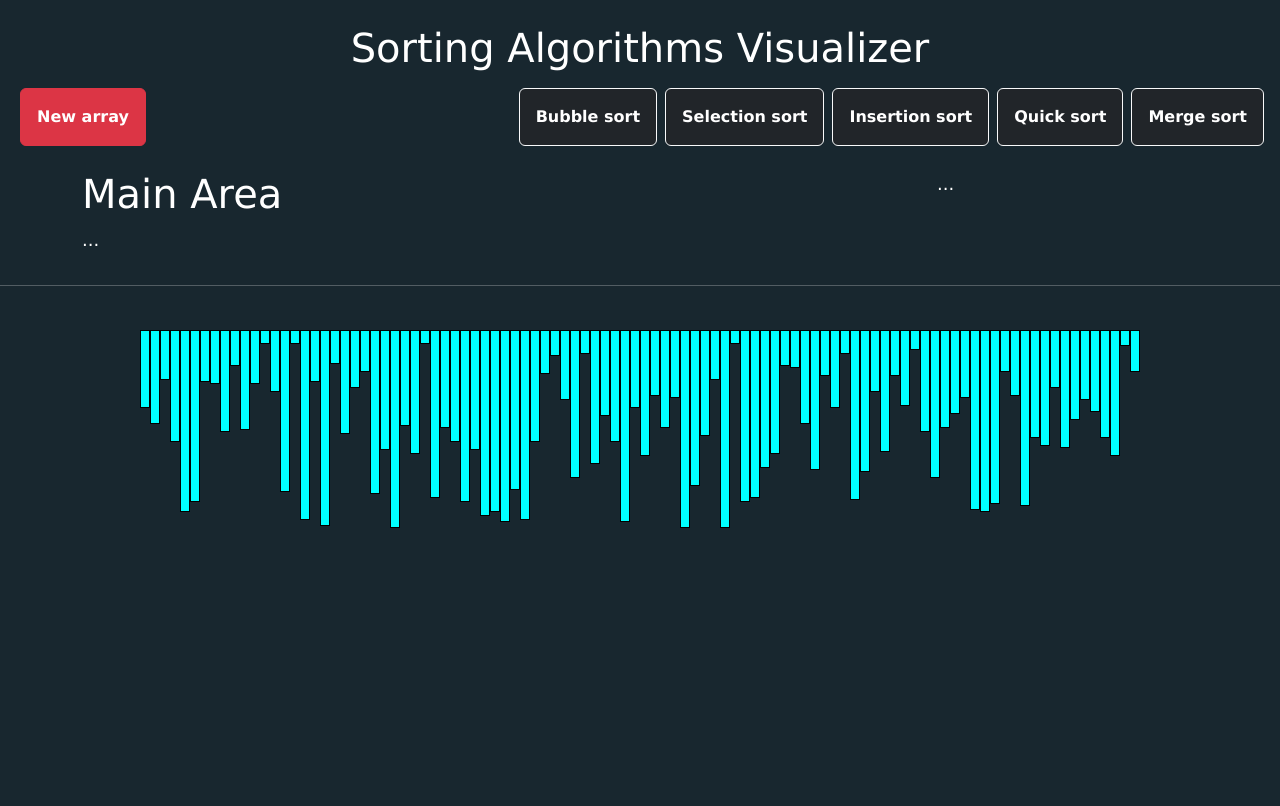
Repository: Vasil1001/Sorting-Algorithms-Visualizer-js
Page: views/index.html
These files come from the project's save history. The page is drawn as it stood at one moment and after a run of saves; the edit follows.
The browser window is 1280 px wide. The pictures show the whole page.

Above is the page before, as saved 2022-11-03 17:45:49.

### views/index.html
<!doctype html>
<html lang="en">

<head>
  <meta charset="utf-8">
  <meta name="viewport" content="width=device-width, initial-scale=1">

  <title>Sorting Algorithms Visualizer</title>

  <!-- Import css & bootstrap-->
  <link href="https://cdn.jsdelivr.net/npm/bootstrap@5.2.2/dist/css/bootstrap.min.css" rel="stylesheet"
    integrity="sha384-Zenh87qX5JnK2Jl0vWa8Ck2rdkQ2Bzep5IDxbcnCeuOxjzrPF/et3URy9Bv1WTRi" crossorigin="anonymous">
  <link rel="stylesheet" href="/css/base.css">

</head>

<header>
  <h1 align="center" class="mt-4">Sorting Algorithms Visualizer</h1>


  <nav class="navbar navbar-expand-lg">

    <div class="container-fluid">
      <button type="button" class="btn btn-danger mx-2 p-3 " id="new_array" style="color: white;"><b>New
          array </b>
      </button>
      <ul class="navbar-nav">
        <li class="nav-item">
          <button type="button" class="btn btn-dark border-light mx-1 p-3 " id="bubble_sort" style="color: white;"><b>Bubble
              sort</b> </button>
        </li>
        <li class="nav-item">
          <button type="button" class="btn btn-dark border-light mx-1 p-3 " id="selection_sort"
            style="color: rgb(255, 255, 255);">
            <b>Selection sort</b></button>
        </li>
        <li class="nav-item">
          <button type="button" class="btn btn-dark border-light mx-1 p-3 " id="insertion_sort" style="color: white;">
            <b>Insertion sort</b></button>
        </li>
        <li class="nav-item">
          <button type="button" class="btn btn-dark border-light mx-1 p-3 " id="quick_sort" style="color: white;">
            <b>Quick sort</b></button>
        </li>
        <li class="nav-item">
          <button type="button" class="btn btn-dark border-light mx-1 p-3 " id="merge_sort"> <b>Merge sort</b></button>
        </li>

      </ul>
    </div>
  </nav>
</header>

<body>

  <div class="container">
    <div class="row py-3">
        <div class="col-3 order-2" id="sticky-sidebar">
            <div class="sticky-top">
                ...
            </div>
        </div>
        <div class="col" id="main">
            <h1>Main Area</h1>
            ...
        </div>
    </div>
</div>
  <hr style="color: white;">

  <div id="bars" class="bars flex-container p-4"></div>


  <!-- Import css & bootstrap-->
  <script src="https://cdn.jsdelivr.net/npm/bootstrap@5.2.2/dist/js/bootstrap.bundle.min.js"
    integrity="sha384-OERcA2EqjJCMA+/3y+gxIOqMEjwtxJY7qPCqsdltbNJuaOe923+mo//f6V8Qbsw3"
    crossorigin="anonymous"></script>
  <script defer src="/sort_algos_js_files/index.js"></script>

</body>

</html>

### css/base.css
body {
    background-color: rgb(24, 39, 47);
    color:white;
    font-size: 18px;
    font-family: 'Lucida Sans', 'Lucida Sans Regular', 'Lucida Grande', 'Lucida Sans Unicode', Geneva, Verdana, sans-serif;
}
.flex-container{
    margin-top: 20px;
    display: flex;
    flex-wrap: nowrap;
    width: 100%;
    height: 500px;
    justify-content: center;
    transition: 2s all ease;
}

.flex-item{
    background: cyan;
    border: 1pt solid black;
    width: 10px;
    transition: 0.1s all ease;
}

### sort_algos_js_files/index.js
let random_array_100 = [];
createBarArray();


function createBarArray() {
    // Array to store randomly generated numbers
    random_array_100 = [];
    var numberOfBars = 0;
    let l = 100;

    // get a random number and add it to the array until there are 100 in array
    for (numberOfBars = 0; numberOfBars < l; numberOfBars++) {
        random_array_100.push(Math.round(Math.random() * l));
    }
    // print 100 random numbers of the array
    console.log(random_array_100);


     // select the div #bars element
     const bars = document.querySelector("#bars");
    // make bars with height from random array numbers
    for (let i = 0; i < random_array_100.length; i++) {
        // const para = document.createElement("div");
        // para.innerText = random_array_100[i];
        // document.body.appendChild(para);

        // create div bar for each number in the array
        const bar = document.createElement("div");
        bar.style.height = `${random_array_100[i]*2}px`;
        bar.classList.add('bar');
        bar.classList.add('flex-item');
        bar.classList.add(`barNo${i}`);
        bars.appendChild(bar);
    }
}

After the next 6 saves:
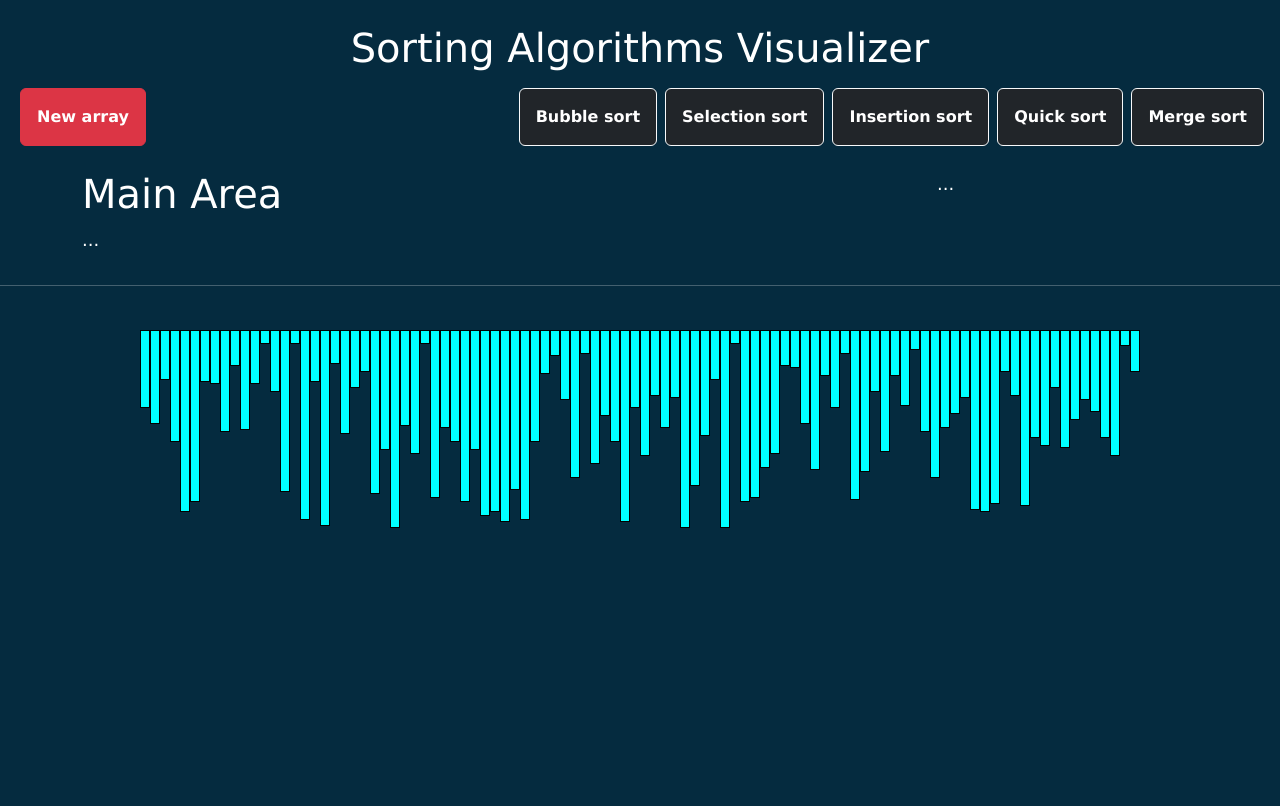
The 6 saves are shown as one change because they came seconds apart.
The last was saved 17 s later.
--- a/css/base.css
+++ b/css/base.css
@@ -1,5 +1,5 @@
 body {
-    background-color: rgb(24, 39, 47);
+    background-color: rgb(5, 43, 63);
     color:white;
     font-size: 18px;
     font-family: 'Lucida Sans', 'Lucida Sans Regular', 'Lucida Grande', 'Lucida Sans Unicode', Geneva, Verdana, sans-serif;
